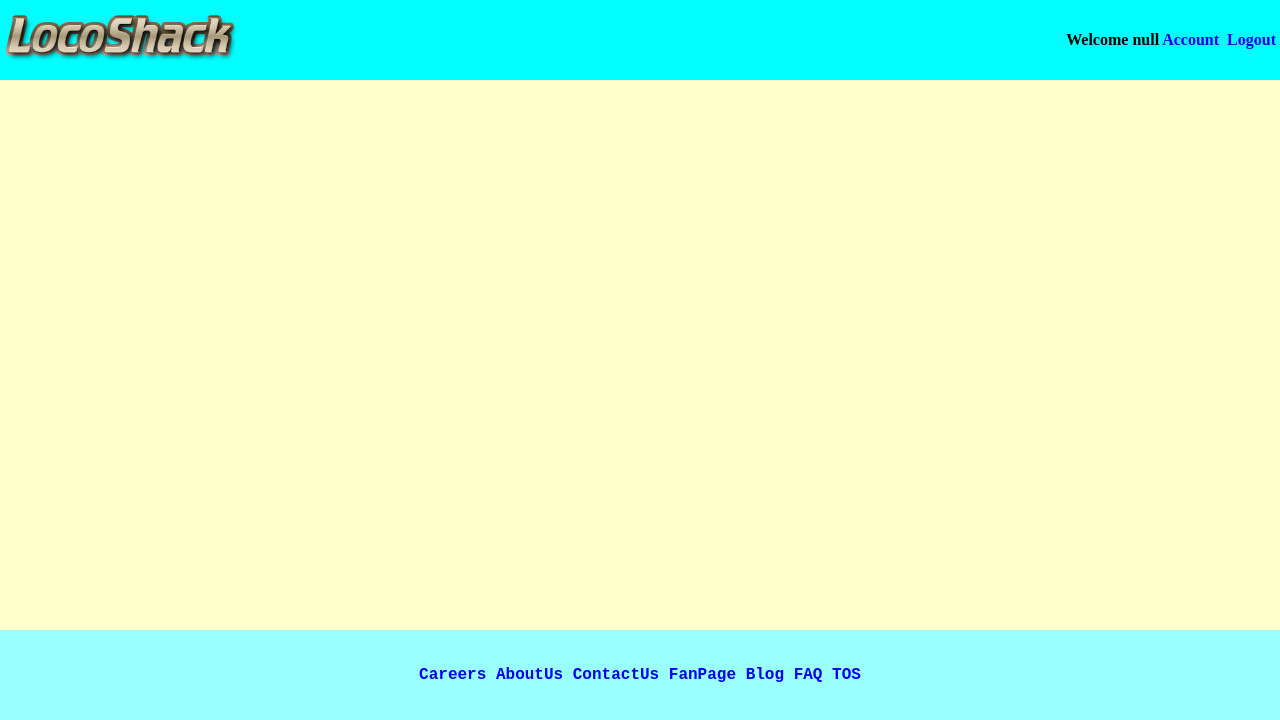
Repository: nicks707/LocoShack_TGMC-project
Page: http://localhost/ram/surveyresults.jsp
These files come from the project's save history. The page is drawn as it stood at one moment and after the next save; the edit follows.
The browser window is 1280 px wide. The pictures show the whole page.
The page is served by Tomcat 9.

Above is the page before, as saved 2012-03-22 06:22:20.

After the next save:
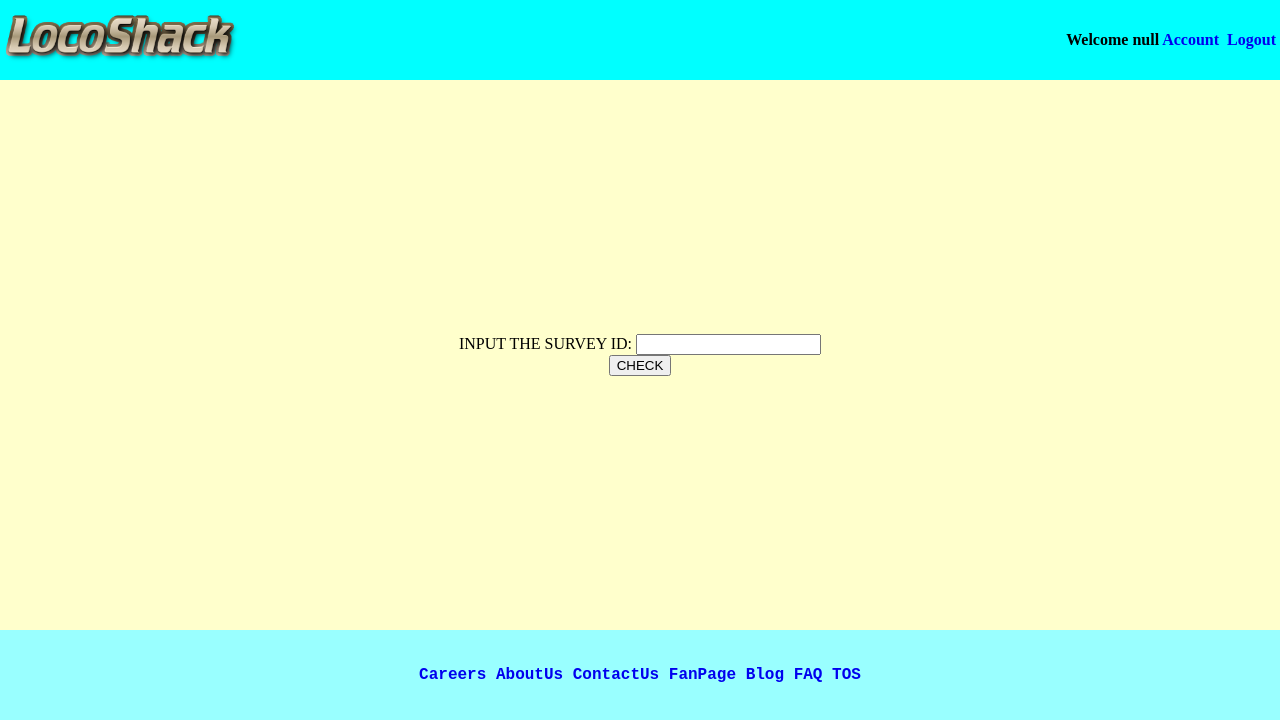
Saved 72 s later.
--- a/ram/WebContent/surveyresults.jsp
+++ b/ram/WebContent/surveyresults.jsp
@@ -17,6 +17,8 @@ html, body,table
 <tr height="60px"><td><jsp:include page="accheader.jsp"></jsp:include></td></tr>
 <tr><td style=>
 <center><form>
+INPUT THE SURVEY ID:&nbsp;<input type="text" name="surveyid" id="surveyid"><br/>
+<input type="submit" value="CHECK">
 </form></center>
 
 
